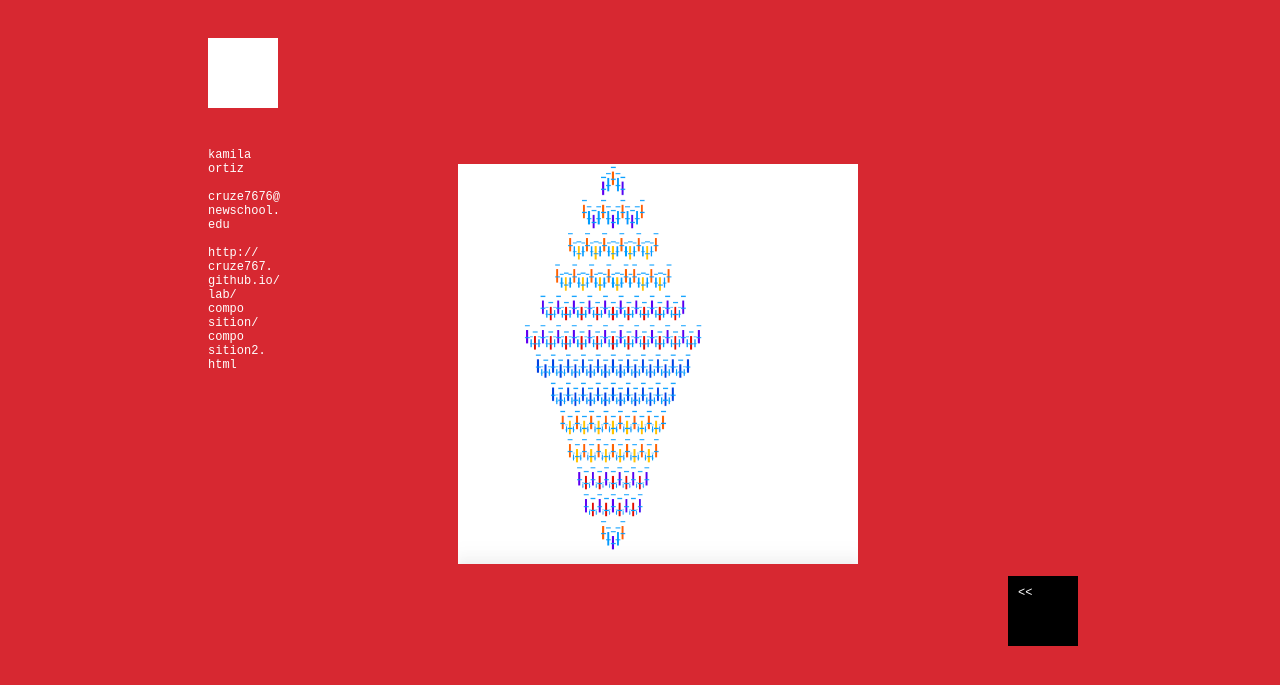
Repository: raghu225/raghu225.github.io
Page: archive/n_kamila.html
The author's editor kept a record of every edit. The page is drawn from the files as they stood at one moment, then again after the next edit.
The browser window is 1280 px wide. The pictures show the whole page.

Above is the page before.

After the next edit:
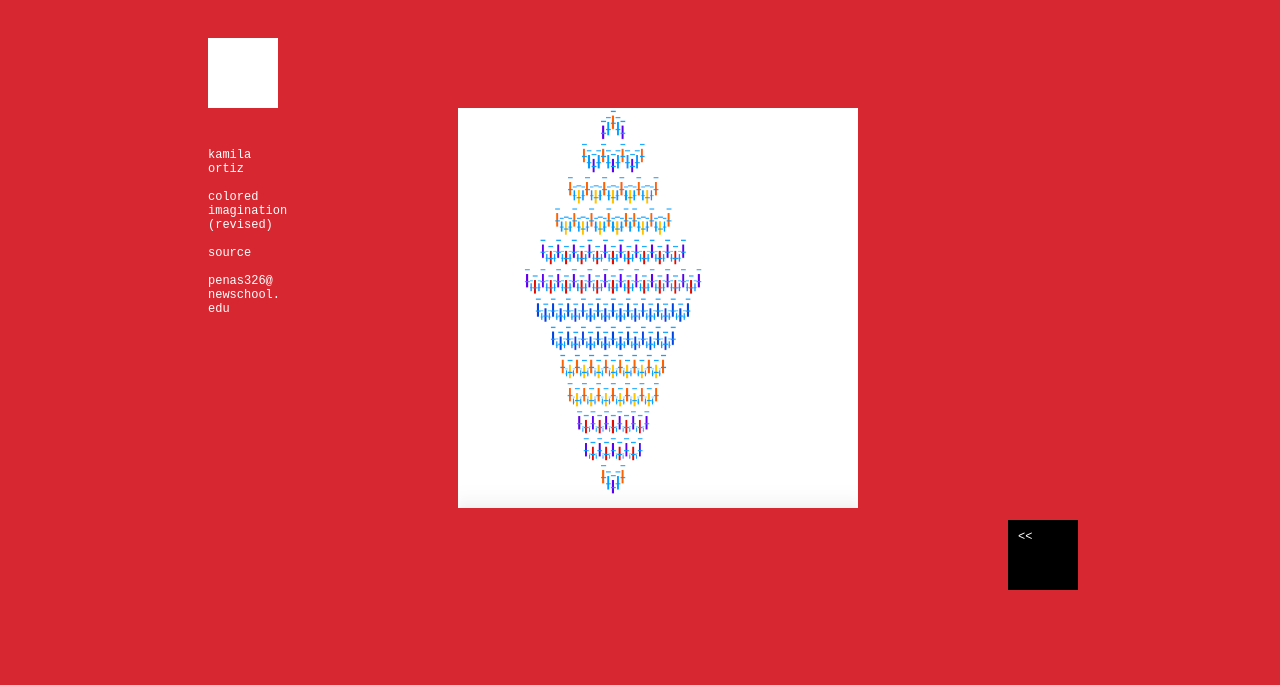
The edit:
--- a/archive/n_kamila.html
+++ b/archive/n_kamila.html
@@ -16,30 +16,21 @@
             ortiz
             <br>
             <br>
-            cruze7676@
+            colored
+            <br>
+            imagination
+            <br>
+            (revised)
+            <br>
+            <br>
+            <a href="http://penas326.github.io/lab/revisedcomposition/index.html">source</a>
+            <br>
+            <br>
+            penas326@
             <br>
             newschool.
             <br>
             edu
-            <br>
-            <br>
-            http://
-            <br>
-            cruze767.
-            <br>
-            github.io/
-            <br>
-            lab/
-            <br>
-            compo
-            <br>
-            sition/
-            <br>
-            compo
-            <br>
-            sition2.
-            <br>
-            html
         </p>
 
         <!--<div class="static-wrapper">-->
